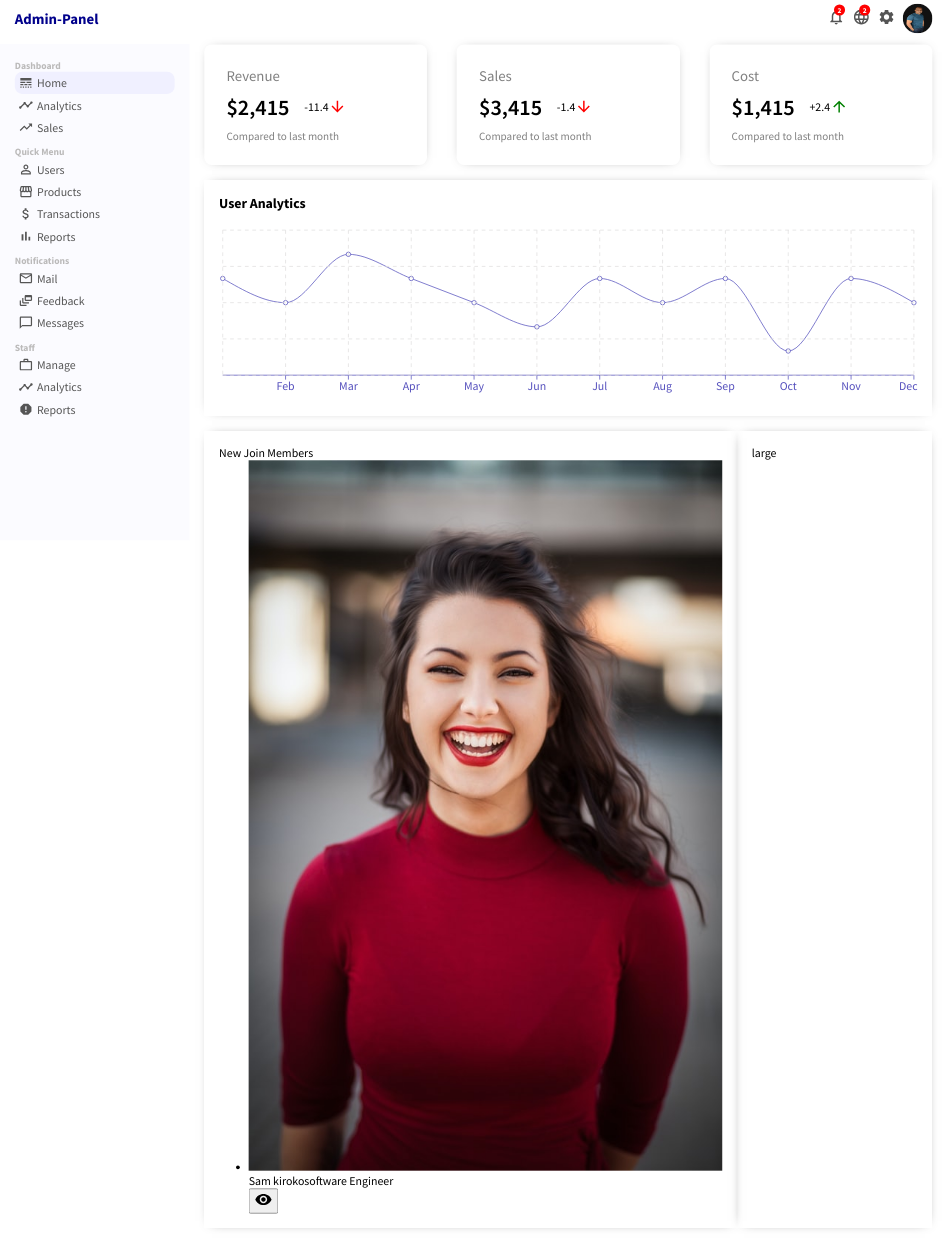
Repository: Samkiroko/admin-panel-ui
Page: /users
An editor plug-in stored every save of this project. The page is shown before and after the next save, followed by the edit.
The browser window is 1280 px wide. The pictures show the whole page, at 74% of full size.
The project was rebuilt for these pictures with package versions that can differ from the ones it lists, and the page was loaded fresh each time.

Above is the page before, as saved 2021-09-22 21:50:31.

### public/index.html
<!DOCTYPE html>
<html lang="en">
  <head>
    <meta charset="utf-8" />

    <meta name="viewport" content="width=device-width, initial-scale=1" />
    <meta name="theme-color" content="#000000" />
    <meta
      name="description"
      content="Web site created using create-react-app"
    />
    <link rel="preconnect" href="https://fonts.googleapis.com" />
    <link rel="preconnect" href="https://fonts.gstatic.com" crossorigin />
    <link
      href="https://fonts.googleapis.com/css2?family=Source+Sans+Pro:wght@200;300;400;600;700;900&display=swap"
      rel="stylesheet"
    />

    <style>
      * {
        font-family: "Source Sans Pro", sans-serif;
        margin: 0;
      }
    </style>
    <title>React admin panel</title>
  </head>

  <body>
    <noscript>You need to enable JavaScript to run this app.</noscript>
    <div id="root"></div>
  </body>
</html>

### src/App.js
import Sidebar from './components/sidebar/Sidebar'
import Topbar from './components/topbar/Topbar'
import './app.css'
import Home from './pages/home/Home'

function App() {
  return (
    <div className='App'>
      <Topbar />
      <div className='container'>
        <Sidebar />
        <Home />
      </div>
    </div>
  )
}

export default App

### src/components/sidebar/Sidebar.js
import {
  LineStyle,
  Timeline,
  TrendingUp,
  PermIdentity,
  Storefront,
  AttachMoney,
  BarChart,
  MailOutline,
  DynamicFeed,
  ChatBubbleOutline,
  WorkOutline,
  Report,
} from '@material-ui/icons'
import React from 'react'
import './sidebar.css'

const Sidebar = () => {
  return (
    <div className='sidebar'>
      <div className='sidebarWrapper'>
        <div className='sidebarMenu'>
          <h3 className='sidebarTitle'>Dashboard</h3>
          <ul className='sidebarList'>
            <li className='sidebarListItem active'>
              <LineStyle className='sidebarIcon' />
              Home
            </li>

            <li className='sidebarListItem'>
              <Timeline className='sidebarIcon' />
              Analytics
            </li>
            <li className='sidebarListItem'>
              <TrendingUp className='sidebarIcon' />
              Sales
            </li>
          </ul>
        </div>
        <div className='sidebarMenu'>
          <h3 className='sidebarTitle'>Quick Menu</h3>
          <ul className='sidebarList'>
            <li className='sidebarListItem'>
              <PermIdentity className='sidebarIcon' />
              Users
            </li>

            <li className='sidebarListItem'>
              <Storefront className='sidebarIcon' />
              Products
            </li>

            <li className='sidebarListItem'>
              <AttachMoney className='sidebarIcon' />
              Transactions
            </li>
            <li className='sidebarListItem'>
              <BarChart className='sidebarIcon' />
              Reports
            </li>
          </ul>
        </div>
        <div className='sidebarMenu'>
          <h3 className='sidebarTitle'>Notifications</h3>
          <ul className='sidebarList'>
            <li className='sidebarListItem'>
              <MailOutline className='sidebarIcon' />
              Mail
            </li>
            <li className='sidebarListItem'>
              <DynamicFeed className='sidebarIcon' />
              Feedback
            </li>
            <li className='sidebarListItem'>
              <ChatBubbleOutline className='sidebarIcon' />
              Messages
            </li>
          </ul>
        </div>
        <div className='sidebarMenu'>
          <h3 className='sidebarTitle'>Staff</h3>
          <ul className='sidebarList'>
            <li className='sidebarListItem'>
              <WorkOutline className='sidebarIcon' />
              Manage
            </li>
            <li className='sidebarListItem'>
              <Timeline className='sidebarIcon' />
              Analytics
            </li>
            <li className='sidebarListItem'>
              <Report className='sidebarIcon' />
              Reports
            </li>
          </ul>
        </div>
      </div>
    </div>
  )
}

export default Sidebar

### src/components/topbar/Topbar.js
import React from 'react'
import './topbar.css'
import { Language, NotificationsNone, Settings } from '@material-ui/icons'
import avatar from '../../images/sam_pic.jpeg'
const Topbar = () => {
  return (
    <div className='topbar'>
      <div className='topbarWrapper'>
        <div className='topLeft'>
          <span className='logo'>Admin-Panel</span>
        </div>
        <div className='topRight'>
          <div className='topbarIconContainer'>
            <NotificationsNone />
            <span className='topIconBadge'>2</span>
          </div>
          <div className='topbarIconContainer'>
            <Language />
            <span className='topIconBadge'>2</span>
          </div>
          <div className='topbarIconContainer'>
            <Settings />
          </div>
          <img src={avatar} alt='avatar' className='topAvatar' />
        </div>
      </div>
    </div>
  )
}

export default Topbar

### src/app.css
.container {
    display: flex;
    margin-top: 10px;
}

.link {
    text-decoration: none;
    color: inherit;
}

### src/pages/home/Home.js
import React from 'react'
import Chart from '../../components/chart/Chart'
import FeatureInfo from '../../components/featuredInfo/FeatureInfo'
import './home.css'
import { userData } from '../../dummyData'
import WidgetLg from '../../components/widgetLg/WidgetLg'
import WidgetSm from '../../components/widgetSm/WidgetSm'

const Home = () => {
  return (
    <div className='home'>
      <FeatureInfo />
      <Chart data={userData} title='User Analytics' grid dataKey='Active User' />
      <div className='homeWidgets'>
        <WidgetSm />
        <WidgetLg />
      </div>
    </div>
  )
}

export default Home

### src/components/sidebar/sidebar.css
.sidebar {
    flex: 1;
    height: calc(100vh - 50px);
    background-color: rgb(251, 251, 255);
    position: sticky;
    top: 50px;
}

.sidebarWrapper {
    padding: 20px;
    color: #555;
}

.sidebarMenu {
    margin-bottom: 10px;
}

.sidebarTitle {
    font-size: 13px;
    color: rgb(187, 186, 186);
}

.sidebarList {
    list-style: none;
    padding: 0;
}

.sidebarListItem {
    padding: 5px;
    cursor: pointer;
    display: flex;
    align-items: center;
    border-radius: 10px;
}

.sidebarListItem.active,
.sidebarListItem:hover {
    background-color: rgb(240, 240, 255);
}

.sidebarIcon {
    margin-right: 5px;
    font-size: 20px !important;
}

### src/components/topbar/topbar.css
.topbar {
    width: 100%;
    height: 50px;
    background-color: white;
    position: sticky;
    top: 0;
    z-index: 999;
}

.topbarWrapper {
    height: 100%;
    padding: 0px 20px;
    display: flex;
    align-items: center;
    justify-content: space-between;
}

.logo {
    font-weight: bold;
    font-size: 20px;
    color: darkblue;
    cursor: pointer;
}

.topbarIconContainer {
    position: relative;
    align-items: center;
    margin-right: 10px;
    color: #555;
}

.topIconBadge {
    width: 15px;
    height: 15px;
    position: absolute;
    top: -5px;
    right: 0px;
    background-color: red;
    color: white;
    border-radius: 50%;
    display: flex;
    align-items: center;
    justify-content: center;
    font-size: 10px;
    font-weight: bold;
}

.topRight {
    display: flex;
    align-items: center;
    cursor: pointer;
}

.topAvatar {
    width: 40px;
    height: 40px;
    border-radius: 50%;
    cursor: pointer;
}

### src/components/chart/Chart.js
import './chart.css'
import { LineChart, Line, XAxis, CartesianGrid, Tooltip, ResponsiveContainer } from 'recharts'

export default function Chart({ title, data, dataKey, grid }) {
  return (
    <div className='chart'>
      <h3 className='chartTitle'>{title}</h3>
      <ResponsiveContainer width='100%' aspect={4 / 1}>
        <LineChart data={data}>
          <XAxis dataKey='name' stroke='#5550bd' />
          <Line type='monotone' dataKey={dataKey} stroke='#5550bd' />
          <Tooltip />
          {grid && <CartesianGrid stroke='#e0dfdf' strokeDasharray='5 5' />}
        </LineChart>
      </ResponsiveContainer>
    </div>
  )
}

### src/components/featuredInfo/FeatureInfo.js
import { ArrowDownward, ArrowUpward } from '@material-ui/icons'
import React from 'react'
import './featureInfo.css'

const FeatureInfo = () => {
  return (
    <div className='featured'>
      <div className='featuredItem'>
        <span className='featuredTitle'>Revenue</span>
        <div className='featuredMoneyContainer'>
          <span className='featuredMoney'>$2,415</span>
          <span className='featuredMoneyRate'>
            -11.4
            <ArrowDownward className='featuredIcon negative' />
          </span>
        </div>
        <span className='featuredSub'>Compared to last month</span>
      </div>
      <div className='featuredItem'>
        <span className='featuredTitle'>Sales</span>
        <div className='featuredMoneyContainer'>
          <span className='featuredMoney'>$3,415</span>
          <span className='featuredMoneyRate'>
            -1.4
            <ArrowDownward className='featuredIcon negative' />
          </span>
        </div>
        <span className='featuredSub'>Compared to last month</span>
      </div>{' '}
      <div className='featuredItem'>
        <span className='featuredTitle'>Cost</span>
        <div className='featuredMoneyContainer'>
          <span className='featuredMoney'>$1,415</span>
          <span className='featuredMoneyRate'>
            +2.4
            <ArrowUpward className='featuredIcon ' />
          </span>
        </div>
        <span className='featuredSub'>Compared to last month</span>
      </div>
    </div>
  )
}

export default FeatureInfo

### src/dummyData.js
export const userData = [
  {
    name: 'Jan',
    'Active User': 4000,
  },
  {
    name: 'Feb',
    'Active User': 3000,
  },
  {
    name: 'Mar',
    'Active User': 5000,
  },
  {
    name: 'Apr',
    'Active User': 4000,
  },
  {
    name: 'May',
    'Active User': 3000,
  },
  {
    name: 'Jun',
    'Active User': 2000,
  },
  {
    name: 'Jul',
    'Active User': 4000,
  },
  {
    name: 'Aug',
    'Active User': 3000,
  },
  {
    name: 'Sep',
    'Active User': 4000,
  },
  {
    name: 'Oct',
    'Active User': 1000,
  },
  {
    name: 'Nov',
    'Active User': 4000,
  },
  {
    name: 'Dec',
    'Active User': 3000,
  },
]

export const productData = [
  {
    name: 'Jan',
    Sales: 4000,
  },
  {
    name: 'Feb',
    Sales: 3000,
  },
  {
    name: 'Mar',
    Sales: 5000,
  },
]

export const userRows = [
  {
    id: 1,
    username: 'Jon Snow',
    avatar: 'https://images.pexels.com/photos/1152994/pexels-photo-1152994.jpeg?auto=compress&cs=tinysrgb&dpr=2&w=500',
    email: 'jon@gmail.com',
    status: 'active',
    transaction: '$120.00',
  },
  {
    id: 2,
    username: 'Jon Snow',
    avatar: 'https://images.pexels.com/photos/1152994/pexels-photo-1152994.jpeg?auto=compress&cs=tinysrgb&dpr=2&w=500',
    email: 'jon@gmail.com',
    status: 'active',
    transaction: '$120.00',
  },
  {
    id: 3,
    username: 'Jon Snow',
    avatar: 'https://images.pexels.com/photos/1152994/pexels-photo-1152994.jpeg?auto=compress&cs=tinysrgb&dpr=2&w=500',
    email: 'jon@gmail.com',
    status: 'active',
    transaction: '$120.00',
  },
  {
    id: 4,
    username: 'Jon Snow',
    avatar: 'https://images.pexels.com/photos/1152994/pexels-photo-1152994.jpeg?auto=compress&cs=tinysrgb&dpr=2&w=500',
    email: 'jon@gmail.com',
    status: 'active',
    transaction: '$120.00',
  },
  {
    id: 5,
    username: 'Jon Snow',
    avatar: 'https://images.pexels.com/photos/1152994/pexels-photo-1152994.jpeg?auto=compress&cs=tinysrgb&dpr=2&w=500',
    email: 'jon@gmail.com',
    status: 'active',
    transaction: '$120.00',
  },
  {
    id: 6,
    username: 'Jon Snow',
    avatar: 'https://images.pexels.com/photos/1152994/pexels-photo-1152994.jpeg?auto=compress&cs=tinysrgb&dpr=2&w=500',
    email: 'jon@gmail.com',
    status: 'active',
    transaction: '$120.00',
  },
  {
    id: 7,
    username: 'Jon Snow',
    avatar: 'https://images.pexels.com/photos/1152994/pexels-photo-1152994.jpeg?auto=compress&cs=tinysrgb&dpr=2&w=500',
    email: 'jon@gmail.com',
    status: 'active',
    transaction: '$120.00',
  },
  {
    id: 8,
    username: 'Jon Snow',
    avatar: 'https://images.pexels.com/photos/1152994/pexels-photo-1152994.jpeg?auto=compress&cs=tinysrgb&dpr=2&w=500',
    email: 'jon@gmail.com',
    status: 'active',
    transaction: '$120.00',
  },
  {
    id: 9,
    username: 'Jon Snow',
    avatar: 'https://images.pexels.com/photos/1152994/pexels-photo-1152994.jpeg?auto=compress&cs=tinysrgb&dpr=2&w=500',
    email: 'jon@gmail.com',
    status: 'active',
    transaction: '$120.00',
  },
  {
    id: 10,
    username: 'Jon Snow',
    avatar: 'https://images.pexels.com/photos/1152994/pexels-photo-1152994.jpeg?auto=compress&cs=tinysrgb&dpr=2&w=500',
    email: 'jon@gmail.com',
    status: 'active',
    transaction: '$120.00',
  },
]

export const productRows = [
  {
    id: 1,
    name: 'Apple Airpods',
    img: 'https://images.pexels.com/photos/7156886/pexels-photo-7156886.jpeg?auto=compress&cs=tinysrgb&dpr=2&w=500',
    stock: 123,
    status: 'active',
    price: '$120.00',
  },
  {
    id: 2,
    name: 'Apple Airpods',
    img: 'https://images.pexels.com/photos/7156886/pexels-photo-7156886.jpeg?auto=compress&cs=tinysrgb&dpr=2&w=500',
    stock: 123,
    status: 'active',
    price: '$120.00',
  },
  {
    id: 3,
    name: 'Apple Airpods',
    img: 'https://images.pexels.com/photos/7156886/pexels-photo-7156886.jpeg?auto=compress&cs=tinysrgb&dpr=2&w=500',
    stock: 123,
    status: 'active',
    price: '$120.00',
  },
  {
    id: 4,
    name: 'Apple Airpods',
    img: 'https://images.pexels.com/photos/7156886/pexels-photo-7156886.jpeg?auto=compress&cs=tinysrgb&dpr=2&w=500',
    stock: 123,
    status: 'active',
    price: '$120.00',
  },
  {
    id: 5,
    name: 'Apple Airpods',
    img: 'https://images.pexels.com/photos/7156886/pexels-photo-7156886.jpeg?auto=compress&cs=tinysrgb&dpr=2&w=500',
    stock: 123,
    status: 'active',
    price: '$120.00',
  },
  {
    id: 6,
    name: 'Apple Airpods',
    img: 'https://images.pexels.com/photos/7156886/pexels-photo-7156886.jpeg?auto=compress&cs=tinysrgb&dpr=2&w=500',
    stock: 123,
    status: 'active',
    price: '$120.00',
  },
  {
    id: 7,
    name: 'Apple Airpods',
    img: 'https://images.pexels.com/photos/7156886/pexels-photo-7156886.jpeg?auto=compress&cs=tinysrgb&dpr=2&w=500',
    stock: 123,
    status: 'active',
    price: '$120.00',
  },
  {
    id: 8,
    name: 'Apple Airpods',
    img: 'https://images.pexels.com/photos/7156886/pexels-photo-7156886.jpeg?auto=compress&cs=tinysrgb&dpr=2&w=500',
    stock: 123,
    status: 'active',
    price: '$120.00',
  },
  {
    id: 9,
    name: 'Apple Airpods',
    img: 'https://images.pexels.com/photos/7156886/pexels-photo-7156886.jpeg?auto=compress&cs=tinysrgb&dpr=2&w=500',
    stock: 123,
    status: 'active',
    price: '$120.00',
  },
  {
    id: 10,
    name: 'Apple Airpods',
    img: 'https://images.pexels.com/photos/7156886/pexels-photo-7156886.jpeg?auto=compress&cs=tinysrgb&dpr=2&w=500',
    stock: 123,
    status: 'active',
    price: '$120.00',
  },
]

### src/components/widgetLg/WidgetLg.js
import React from 'react'
import './widgetLg.css'

const WidgetLg = () => {
  return <div className='widgetLg'>large</div>
}

export default WidgetLg

### src/components/widgetSm/WidgetSm.js
import React from 'react'
import './widgetSm.css'
import avatar from '../../images/avatar2.jpg'
import { Visibility } from '@material-ui/icons'

const WidgetSm = () => {
  return (
    <div className='widgetSg'>
      <span className='widgetSmTitle'>New Join Members</span>
      <ul className='widgetSmList'>
        <li className='widgetSmListItem'>
          <img src={avatar} alt='avatar' />
          <div className='widgetSmUser'>
            <span className='widgetSmUsername'>Sam kiroko</span>
            <span className='widgetSmUserTitle'>software Engineer</span>
          </div>
          <button className='widgetSmButton'>
            <Visibility />
          </button>
        </li>
      </ul>
    </div>
  )
}

export default WidgetSm

### src/components/chart/chart.css
.chart {
    margin: 20px;
    padding: 20px;
    cursor: pointer;
    -webkit-box-shadow: 0px 0px 15px -10px rgba(0, 0, 0, 0.75);
    box-shadow: 0px 0px 15px -10px rgba(0, 0, 0, 0.75);
}

.chartTitle {
    margin-bottom: 20px;
}

### src/components/featuredInfo/featureInfo.css
.featured {
    width: 100%;
    display: flex;
    justify-content: space-between;
}

.featuredItem {
    flex: 1;
    margin: 0px 20px;
    padding: 30px;
    border-radius: 10px;
    cursor: pointer;
    -webkit-box-shadow: 0px 0px 15px -10px rgba(0, 0, 0, 0.75);
    box-shadow: 0px 0px 15px -10px rgba(0, 0, 0, 0.75);
}

.featuredTitle {
    font-size: 20px;
    color: gray;
}

.featuredMoneyContainer {
    margin: 10px 0px;
    display: flex;
    align-items: center;
}

.featuredMoney {
    font-size: 30px;
    font-weight: 600;
}

.featuredMoneyRate {
    display: flex;
    align-items: center;
    margin-left: 20px;
}

.featuredIcon {
    font-size: 14px;
    margin-right: 5px;
    color: green;
}

.featuredIcon.negative {
    color: red;
}

.featuredSub {
    font-size: 15px;
    color: gray;
}

### src/components/widgetLg/widgetLg.css
.widgetLg {
    flex: 2;
    padding: 20px;
    -webkit-box-shadow: 0px 0px 15px -10px rgba(0, 0, 0, 0.75);
    box-shadow: 0px 0px 15px -10px rgba(0, 0, 0, 0.75);
}

### src/components/widgetSm/widgetSm.css
.widgetSg {
    flex: 1;
    padding: 20px;
    -webkit-box-shadow: 0px 0px 15px -10px rgba(0, 0, 0, 0.75);
    box-shadow: 0px 0px 15px -10px rgba(0, 0, 0, 0.75);
}

Loaded but not shown: src/index.js (common file); src/index.css (common file); src/pages/home/home.css (common file)

After the next save:
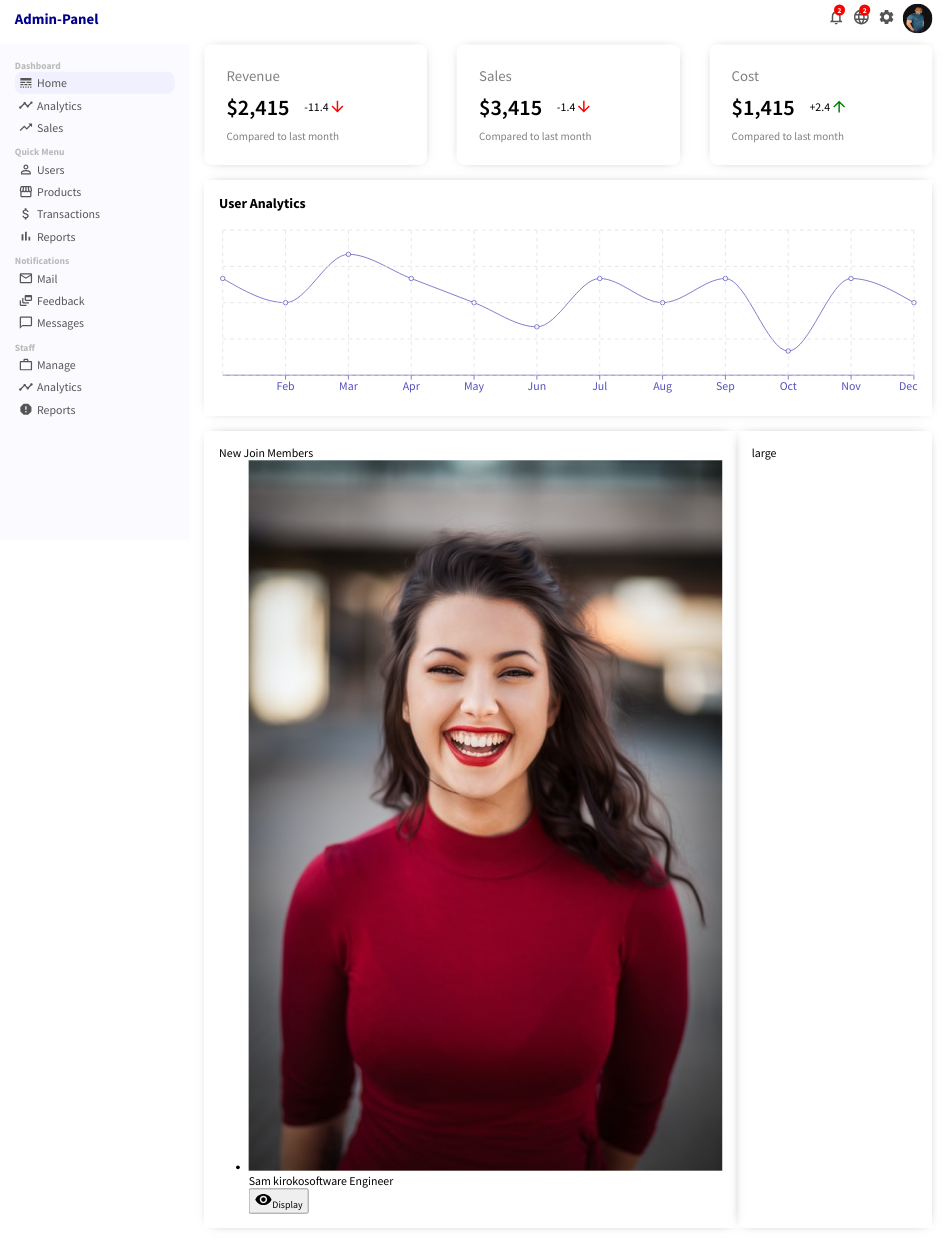
Saved 23 s later.
--- a/src/components/widgetSm/WidgetSm.js
+++ b/src/components/widgetSm/WidgetSm.js
@@ -16,6 +16,7 @@ const WidgetSm = () => {
           </div>
           <button className='widgetSmButton'>
             <Visibility />
+            Display
           </button>
         </li>
       </ul>
